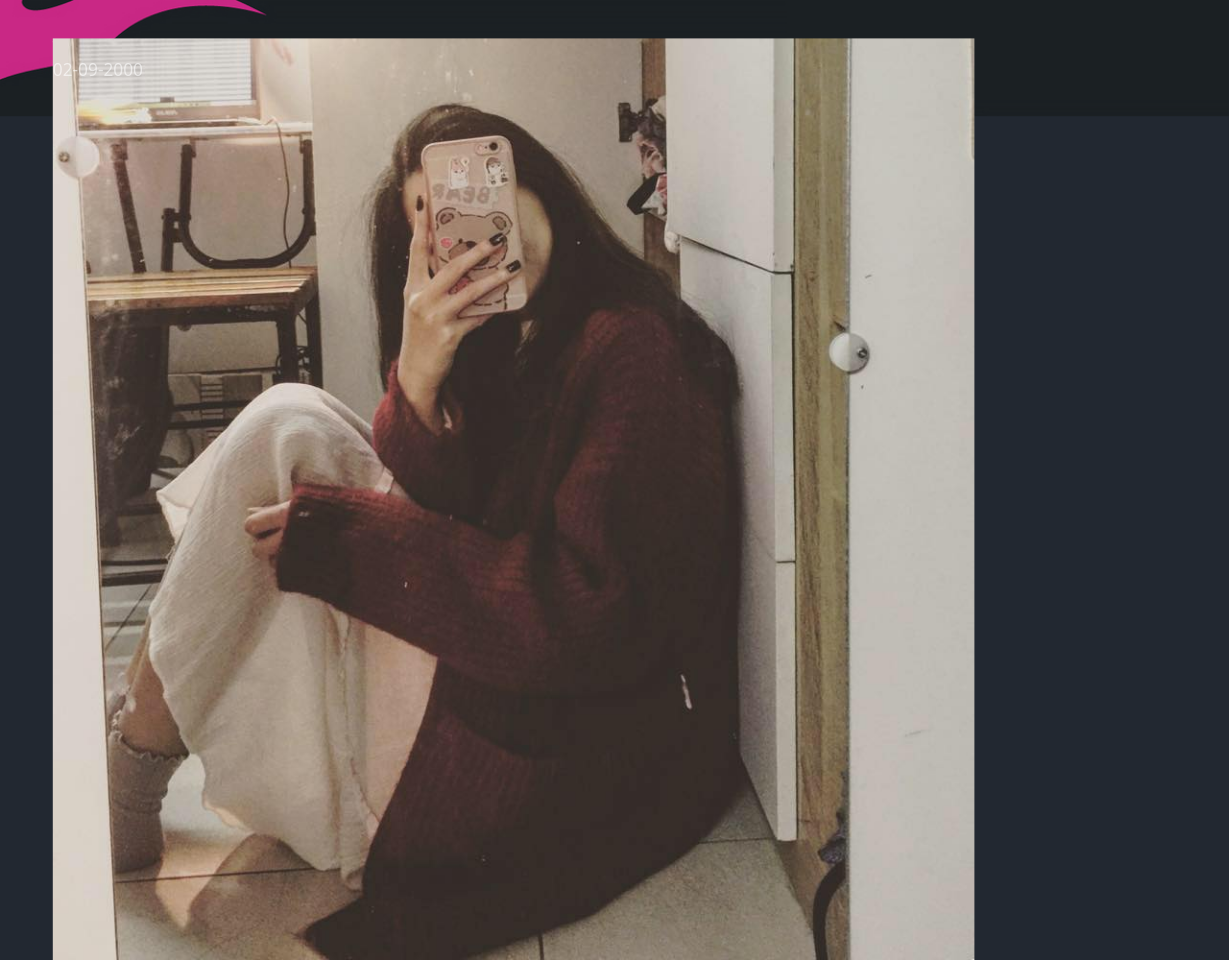
Repository: Datt21/p-happyB
Page: index.html
An editor plug-in stored every save of this project. The page is shown before and after the next save, followed by the edit.
The browser window is 1280 px wide. The pictures show the whole page, at 96% of full size.
Some icons come from a web library that is not loaded, so they are not drawn.

Above is the page before, as saved 2021-08-31 04:41:23.

### index.html
<!DOCTYPE html>
<html lang="en">
<head>
    <meta charset="UTF-8">
    <meta http-equiv="X-UA-Compatible" content="IE=edge">
    <meta name="viewport" content="width=device-width, initial-scale=1.0">
    <title>Document</title>
    <link rel="stylesheet" href="https://unicons.iconscout.com/release/v4.0.0/css/line.css">
    <link rel="stylesheet" href="./app.css">
</head>
<body>
<div class="wrapper">
    <header class="header">
        <div class="container">
            <div class="header-main">
                <div class="header-info">
                    <img src="./images/lemon.jpg" alt="" class="img-logo">
                    <div class="info">
                        <div class="info-name">Thúy Nga</div>
                        <div class="birth-day">02-09-2000 <i class="uil uil-users-alt"></i> </div>
                    </div>
                </div>

                <div class="menu">
                    <span class="text">Happy special day</span>
                </div>

                <div class="icon-gift">
                    <a href=""><i class="uil uil-gift"></i></a>
                </div>
            </div>
        </div>
    </header>
</div>
    <script src="./app.js"></script>
</body>
</html>

### app.css
html {
    box-sizing: border-box;
}

* {
    margin: 0;
    padding: 0;
}

*,
*:before,
*:after {
    box-sizing: border-box;
}

a {
    text-decoration: none;
}

img {
    display: block;
    max-width: 100%;
}

html {
    scroll-behavior: smooth;
}

body {
    font-family: "Open sans", sans-serif;
    font-size: 18px;
    line-height: 1;
    color: white;
    background-color: #222831;
    overflow-x: hidden;
}

.wrapper {
    max-width: 1700px;
    margin: 0 auto;
    background: url("../images/banner.jpg") no-repeat top/100%;
    position: relative;
}

.container {
    max-width: 1200px;
    margin: 0 auto;
    padding: 0 15px;
}

.img-logo {
    position: absolute;
}
.header-main {
    display: flex;
    justify-content: space-between;
    align-items: center;
    padding: 40px 0;
}

.header-info {
    display: flex;
    gap: 0 10px;
}

.info-name {
    padding-bottom: 5px;
}

.birth-day {
    opacity: 0.6;
}

Loaded but not shown: app.js (no copy from this time; the picture is the same without it)

After the next save:
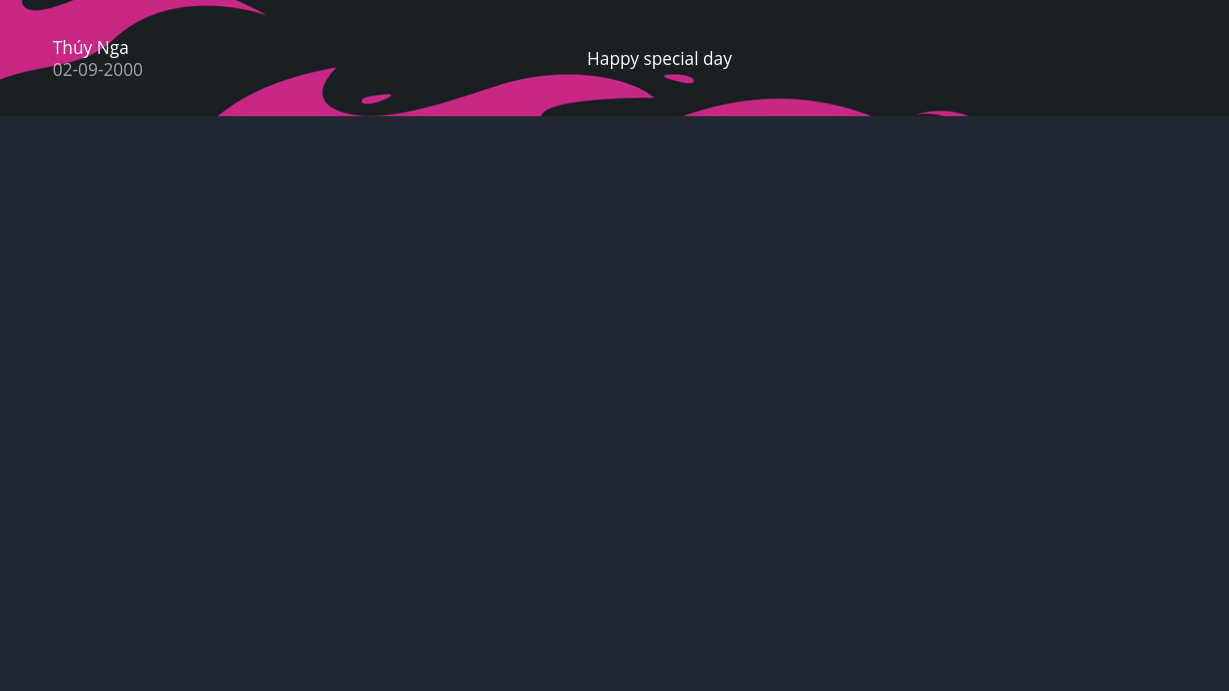
Saved 15 s later.
--- a/index.html
+++ b/index.html
@@ -14,7 +14,7 @@
         <div class="container">
             <div class="header-main">
                 <div class="header-info">
-                    <img src="./images/lemon.jpg" alt="" class="img-logo">
+                    <!-- <img src="./images/lemon.jpg" alt="" class="img-logo"> -->
                     <div class="info">
                         <div class="info-name">Thúy Nga</div>
                         <div class="birth-day">02-09-2000 <i class="uil uil-users-alt"></i> </div>
